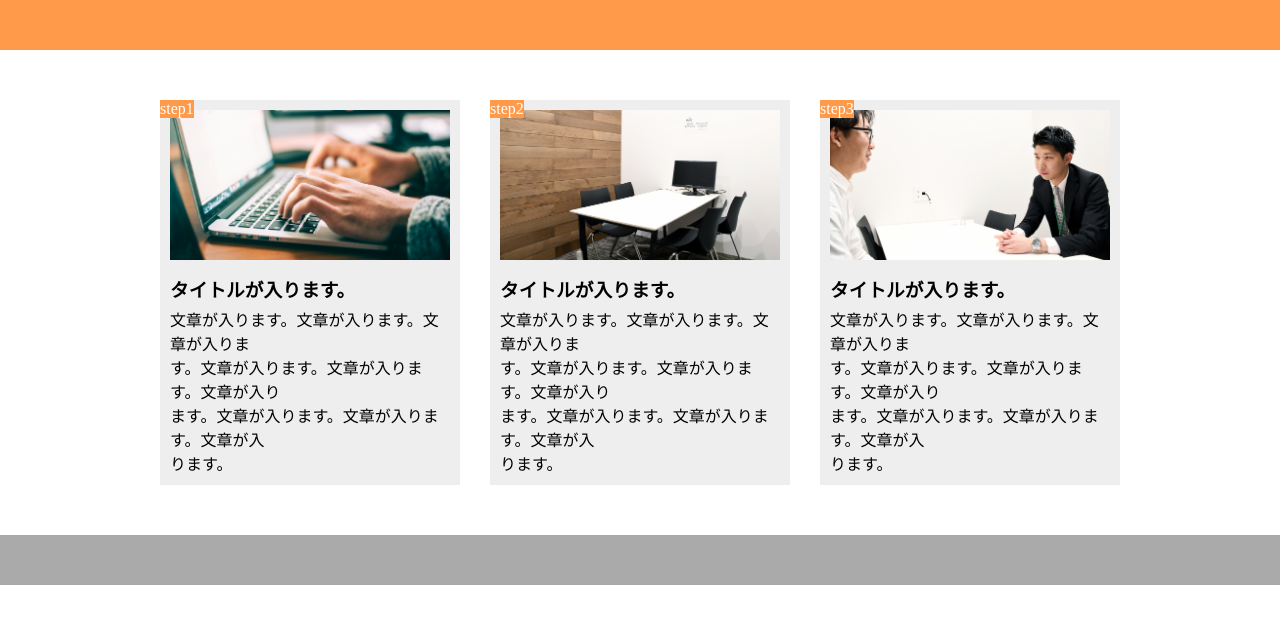
Repository: tkikokiko/webcamp-practice
Page: 1-9/index1-9-2.html
The author's editor kept a record of every edit. The page is drawn from the files as they stood at one moment, then again after the next edit.
The browser window is 1280 px wide. The pictures show the whole page.

Above is the page before.

After the next edit:
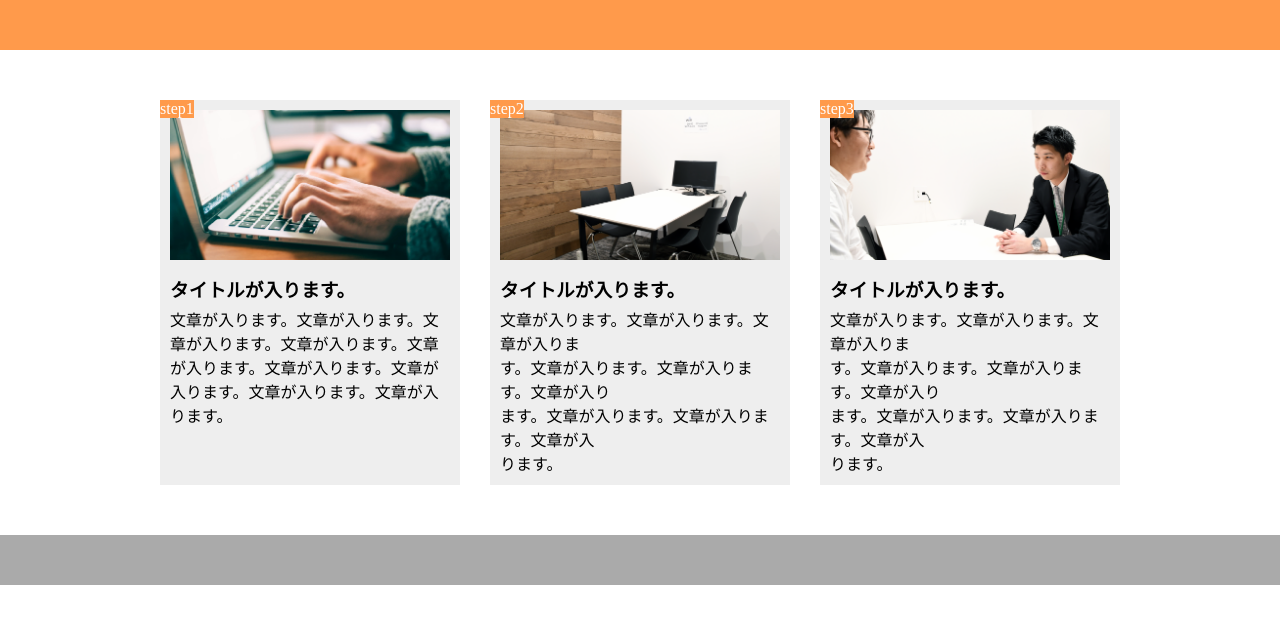
The edit:
--- a/1-9/index1-9-2.html
+++ b/1-9/index1-9-2.html
@@ -16,10 +16,11 @@
           <div class="main-image1"></div>
           <h3 class="main-title">タイトルが入ります。</h3>
           <p class="main-text">
-            文章が入ります。文章が入ります。文章が入りま <br>
-            す。文章が入ります。文章が入ります。文章が入り <br>
-            ます。文章が入ります。文章が入ります。文章が入 <br>
-            ります。
+            文章が入ります。文章が入ります。文章が入ります。文章が入ります。文章が入ります。文章が入ります。文章が入ります。文章が入ります。文章が入ります。
+            <!--文章が入ります。文章が入ります。文章が入りま <br>-->
+            <!--す。文章が入ります。文章が入ります。文章が入り <br>-->
+            <!--ます。文章が入ります。文章が入ります。文章が入 <br>-->
+            <!--ります。-->
           </p>
         </div>
       </div>
